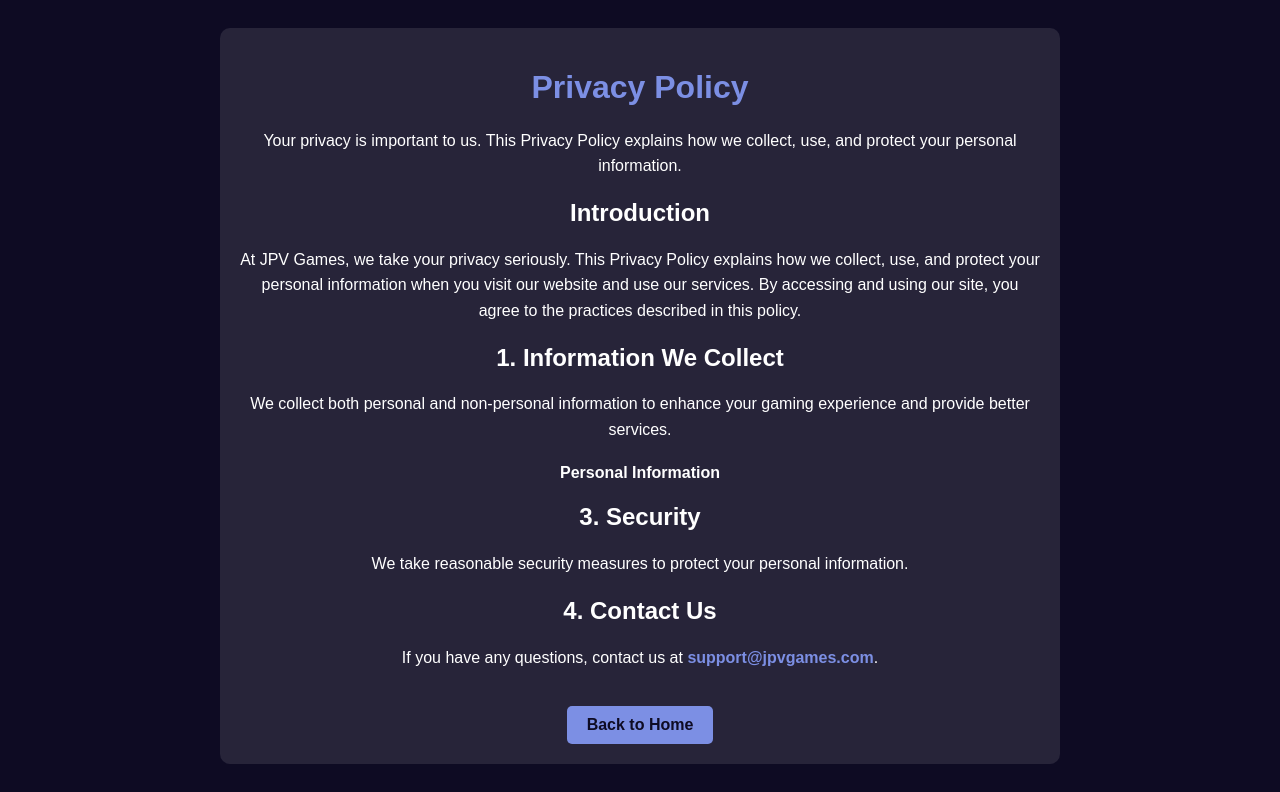
Repository: meenadabhii/jpygames.com
Page: http://localhost/privacy-policy.html
The author's editor kept a copy of each file at every save. The page is drawn from the files as they stood at one save, then again after a run of saves.
The browser window is 1280 px wide. The pictures show the whole page.
The page is served by the project's Node server (app.js).

Above is the page before, as saved 2025-02-08 10:41:47.

After the next 4 saves:
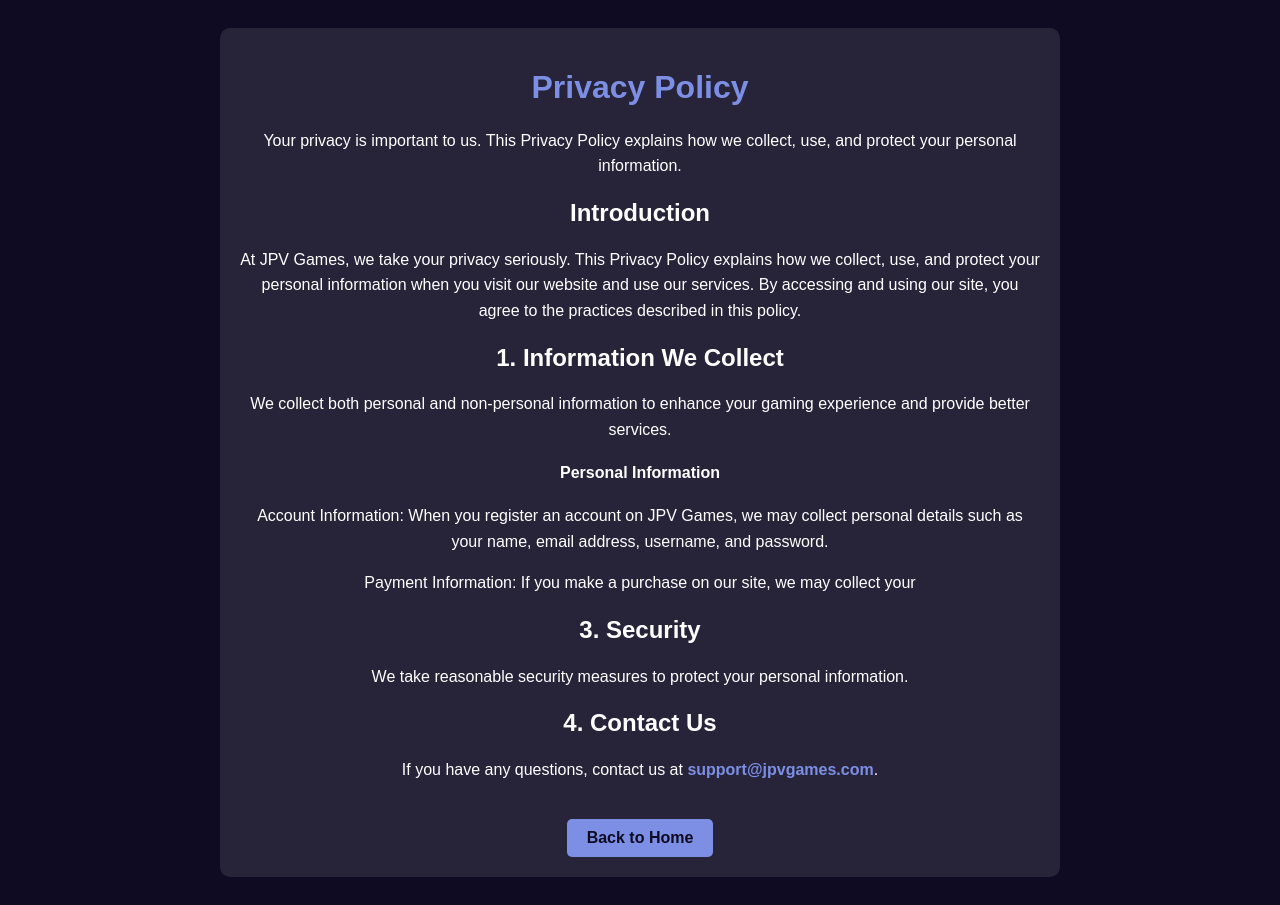
The 4 saves are shown as one change because they came seconds apart.
The last was saved 18 s later.
--- a/nodejs/views/privacy-policy.html
+++ b/nodejs/views/privacy-policy.html
@@ -69,7 +69,8 @@
 
         </p>
         <h4>Personal Information</h4>
-        <p></p>
+        <p>Account Information: When you register an account on JPV Games, we may collect personal details such as your name, email address, username, and password.</p>
+        <p>Payment Information: If you make a purchase on our site, we may collect your</p>
 
         <h2>3. Security</h2>
         <p>We take reasonable security measures to protect your personal information.</p>
